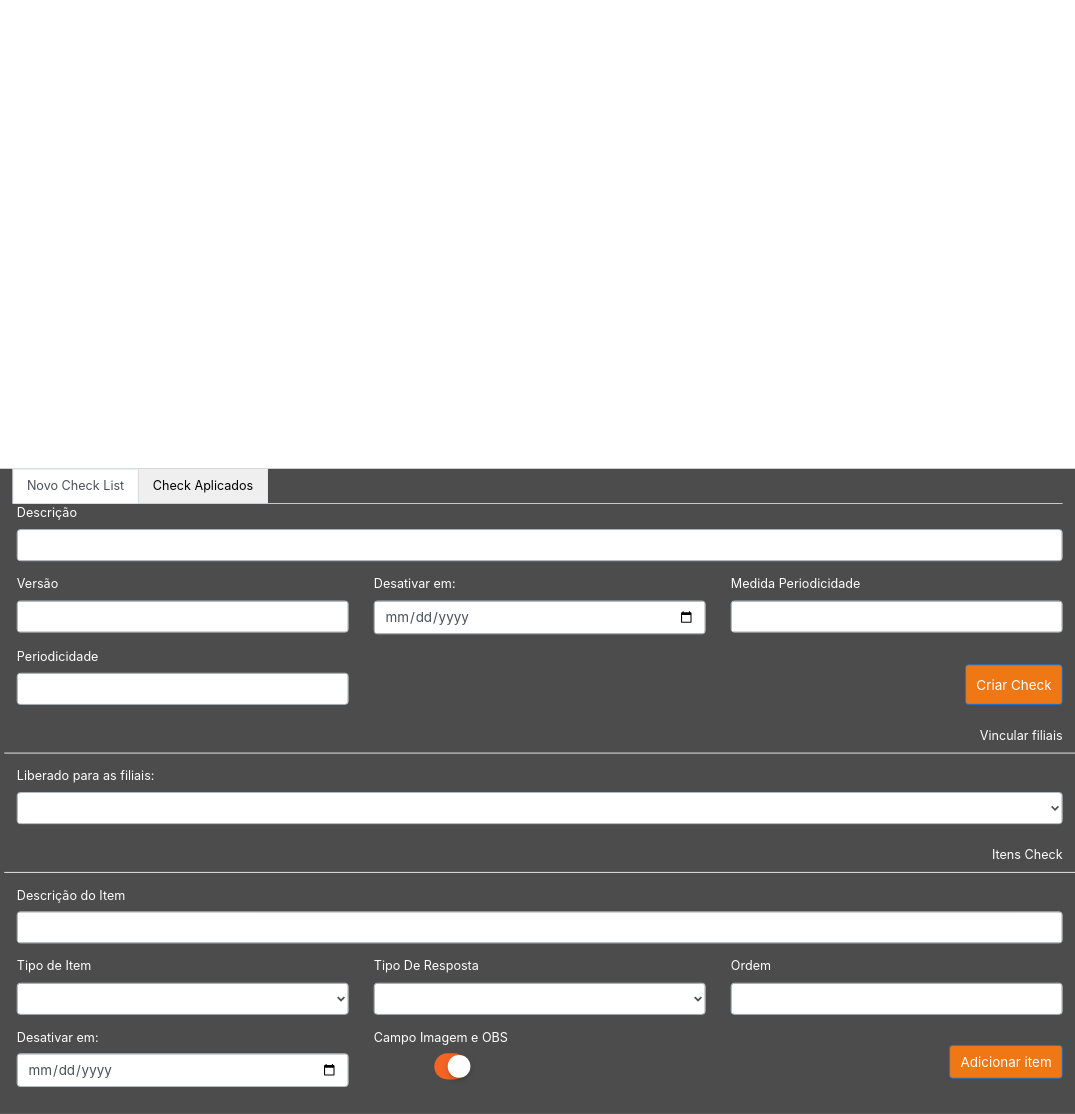
Repository: Conlog-SA/portal_operacional
Page: apps/safety_layout_checklist_app/templates/safety_layout_checklist_app/form_cad_layout_checklist.html
An editor plug-in stored every save of this project. The page is shown before and after the next save, followed by the edit.
The browser window is 1280 px wide. The pictures show the whole page, at 84% of full size.
The template is drawn by Django 3.2. The application's start-up code is not run. The template is opened directly, without the code that normally fills it, so the values that code supplies are empty.

Above is the page before, as saved 2023-11-16 16:24:53.

After the next save:
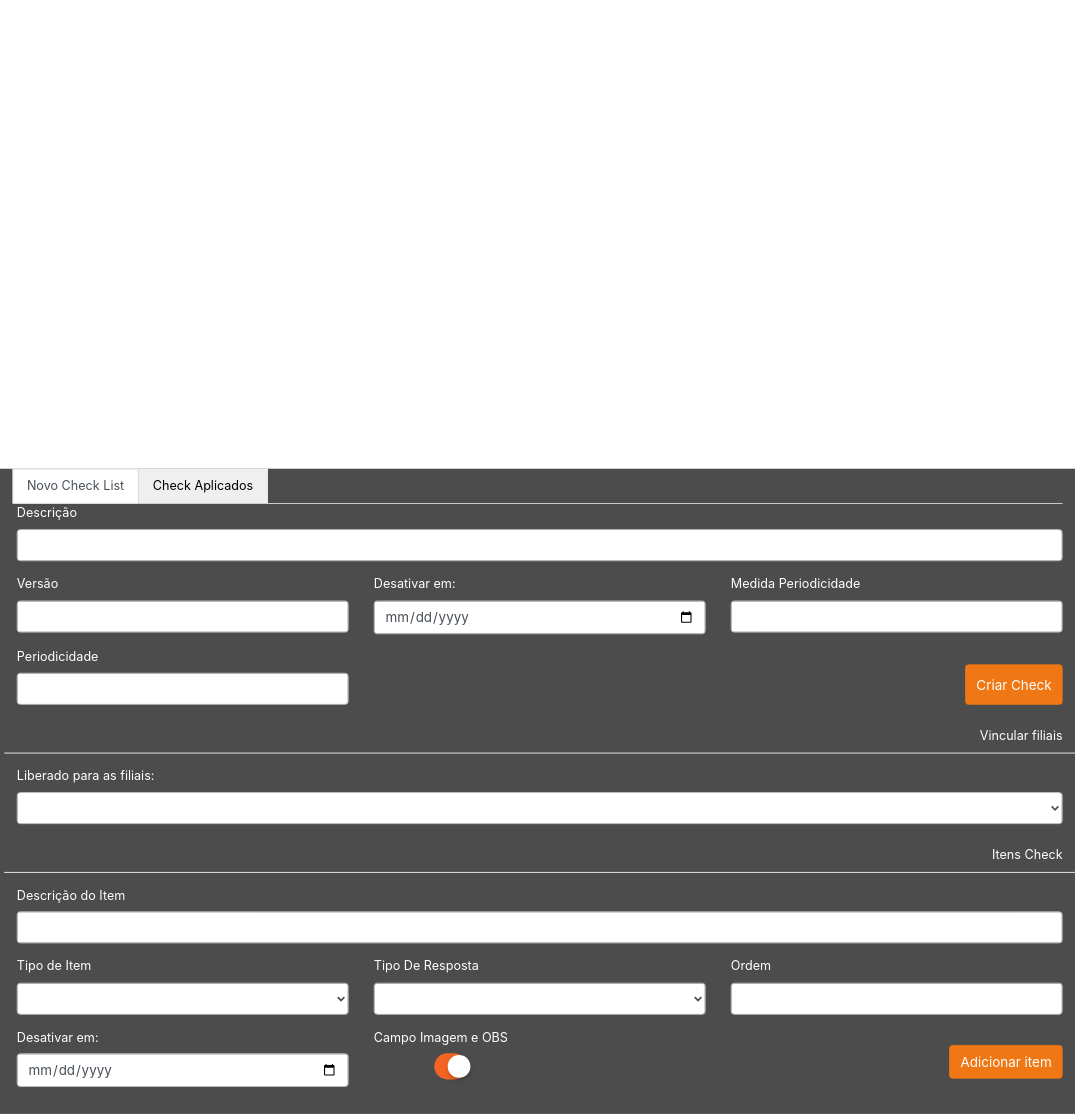
Saved 27 s later.
--- a/static/css/seguranca_safety_app/seguranca_safety.css
+++ b/static/css/seguranca_safety_app/seguranca_safety.css
@@ -14,5 +14,6 @@ label[for="liberado_filiais"] {
 
 .btn-cadastro{
     background-color: #ef7814 !important;
+    border-color: #ef7814 !important;
 
 }
